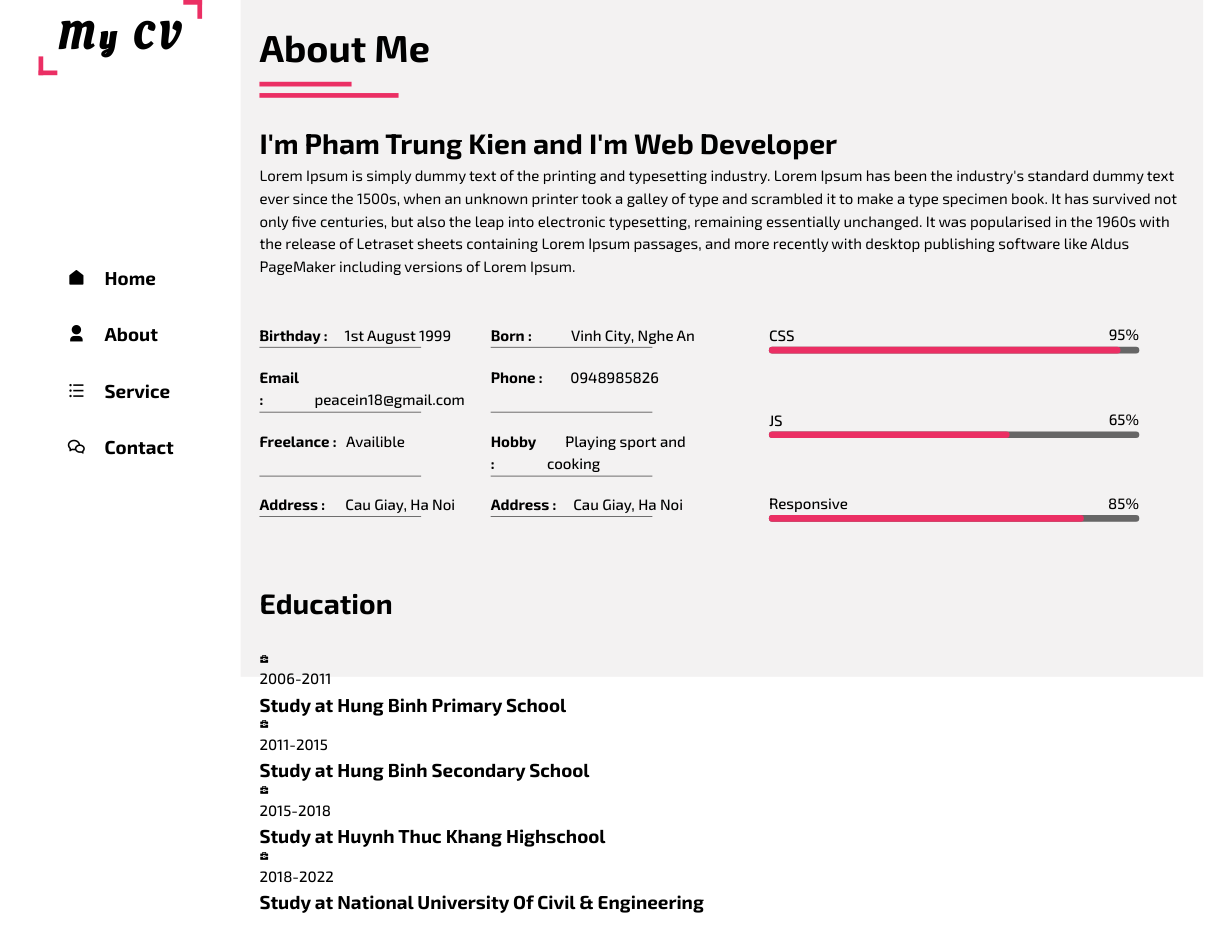
Repository: kien181999/First-Project
Page: index.html
These files come from the project's save history. The page is drawn as it stood at one moment and after a run of saves; the edit follows.
The browser window is 1280 px wide. The page is 1310 px wide, so the pictures cover 1310 px, including what lies to the right of the window. The pictures show the whole page, at 94% of full size.
The style sheet was rebuilt from its Sass, Less or Tailwind sources for each picture, by a compiler version that may differ from the author's.

Above is the page before, as saved 2022-06-02 16:35:42.

After the next 2 saves:
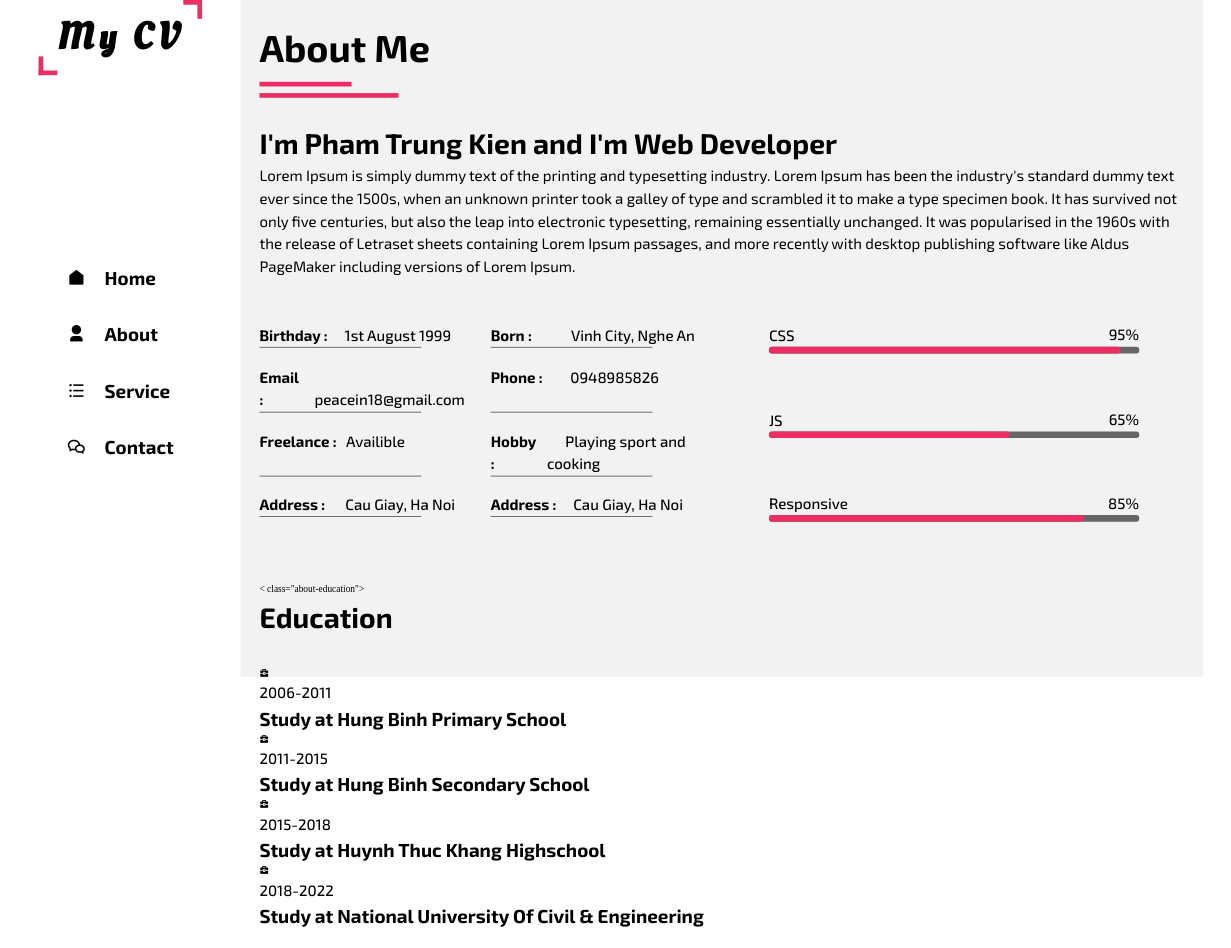
The 2 saves are shown as one change because they came seconds apart.
The last was saved 13 s later.
--- a/index.html
+++ b/index.html
@@ -145,7 +145,7 @@
                         </div>
                     </div>
                 </div>
-                <div class="about-education">
+                < class="about-education">
                     <div class="about-education__title">
                         <h2 class="heading-2">Education</h2>
                     </div>
@@ -181,8 +181,8 @@
                                 <h3 class="heading-3">Study at Huynh Thuc Khang Highschool</h3>
                             </div>
                         </div>
-                    </div>
-                    <div class="about-education__bio">
+
+
                         <div class="about-education__infor">
                             <div class="about-education__timeline">
                                 <i class="ri-briefcase-4-fill about-education__icon "></i>

After the 6 saves that followed:
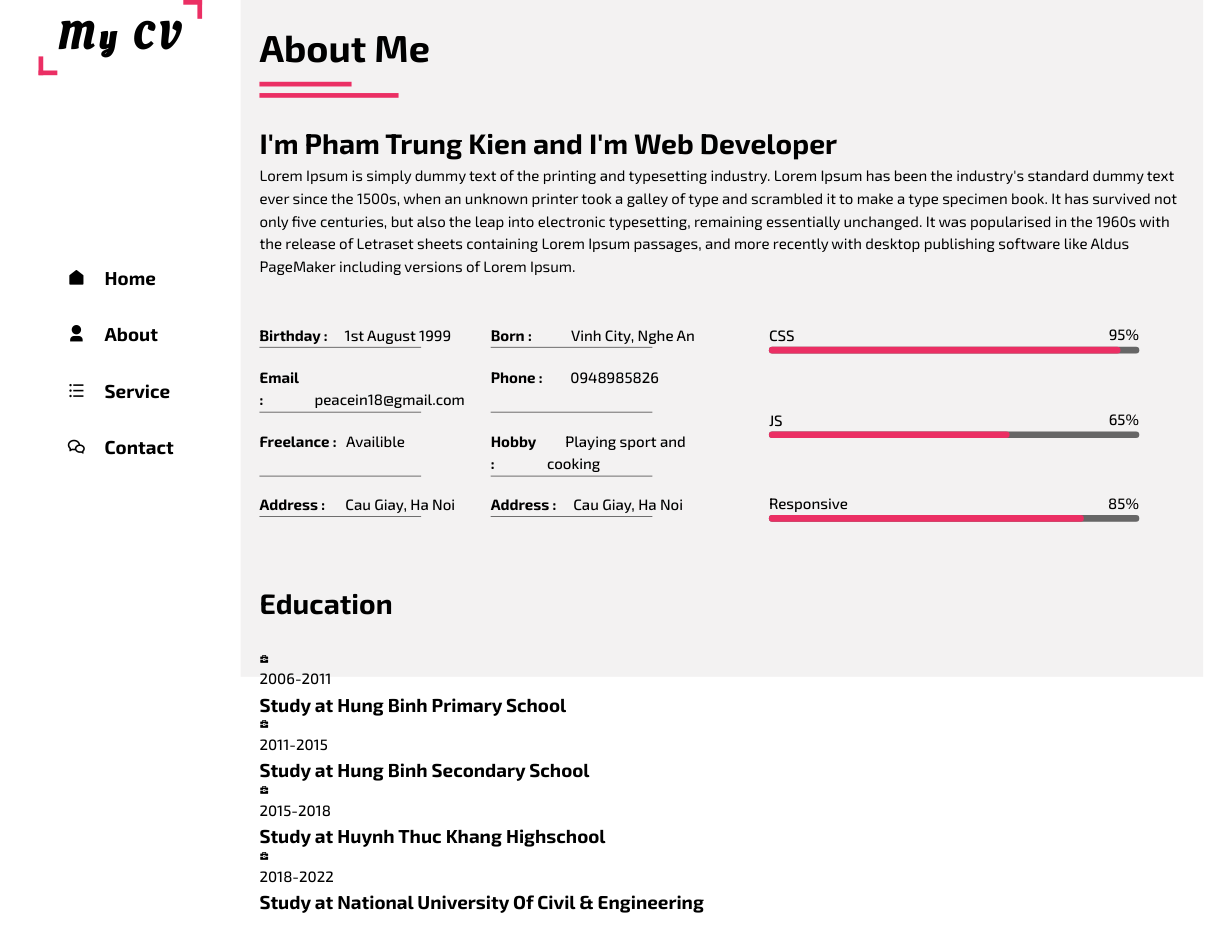
The 6 saves are shown as one change because 4 left the picture as it was and some came seconds apart.
The last was saved 56 s later.
--- a/index.html
+++ b/index.html
@@ -145,7 +145,7 @@
                         </div>
                     </div>
                 </div>
-                < class="about-education">
+                <div class="about-education">
                     <div class="about-education__title">
                         <h2 class="heading-2">Education</h2>
                     </div>
@@ -159,7 +159,7 @@
                                 <h3 class="heading-3">Study at Hung Binh Primary School</h3>
                             </div>
                         </div>
-                    </div>
+
 
                         <div class="about-education__infor">
                             <div class="about-education__timeline">
